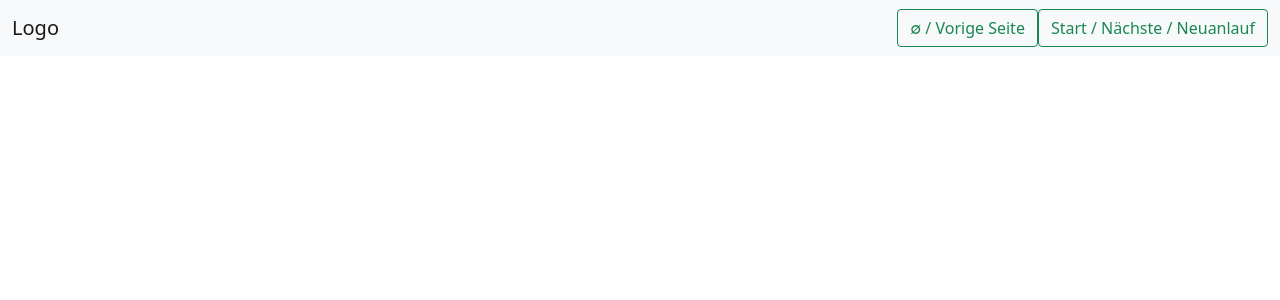
Repository: stephane71183101/Stephane-Personal-Health-Survey
Page: http://localhost/form-q01-start-page.php
The author's editor kept a copy of each file at every save. The page is drawn from the files as they stood at one save, then again after the next save.
The browser window is 1280 px wide. The pictures show the whole page.
The page is run by PHP 8.4 with error messages shown; the project is at /var/www/html/.

Above is the page before, as saved 2022-03-15 14:25:33.

After the next save:
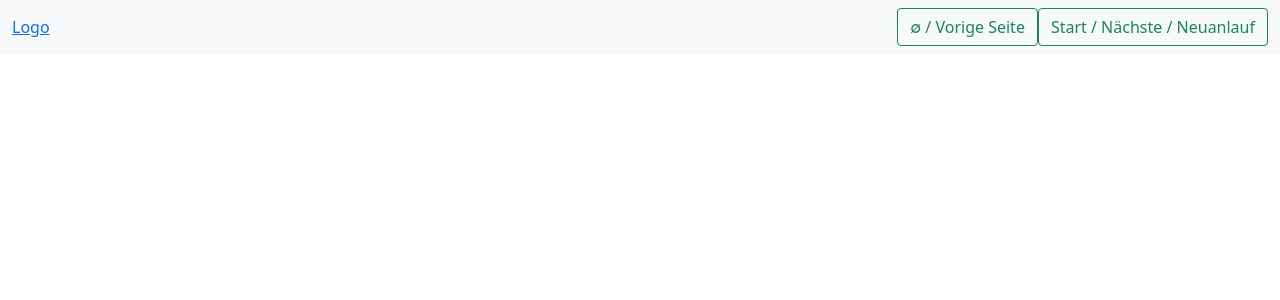
Saved 10 s later.
--- a/form-q01-start-page.php
+++ b/form-q01-start-page.php
@@ -12,7 +12,7 @@
 <header>
 <nav class="navbar navbar-expand-lg navbar-light bg-light">
   <div class="container-fluid">
-    <a class="navbar-brand success" href="#">Logo</a>
+    <a class="navbar-brand-success" href="#">Logo</a>
         <div class="nav justify-content-end" id="navbarNav">
     <form class="d-flex">
       <button class="btn btn-outline-success" type="submit">&#8709; / Vorige Seite</button>

After the save that followed:
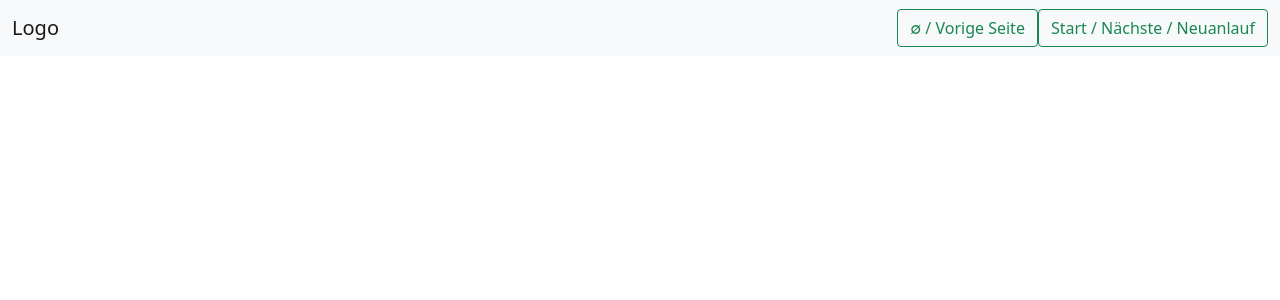
Saved 9 s later.
--- a/form-q01-start-page.php
+++ b/form-q01-start-page.php
@@ -12,7 +12,7 @@
 <header>
 <nav class="navbar navbar-expand-lg navbar-light bg-light">
   <div class="container-fluid">
-    <a class="navbar-brand-success" href="#">Logo</a>
+    <a class="navbar-brand" href="#">Logo</a>
         <div class="nav justify-content-end" id="navbarNav">
     <form class="d-flex">
       <button class="btn btn-outline-success" type="submit">&#8709; / Vorige Seite</button>
